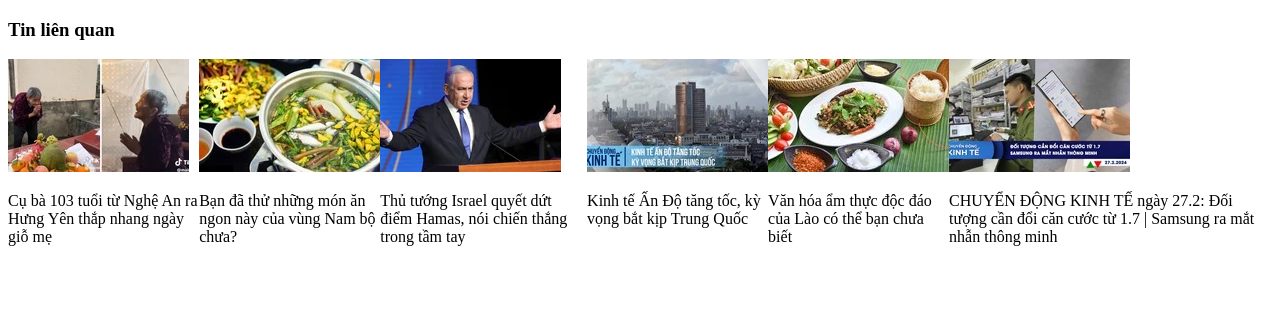
Repository: Tan-Khang21/TH_TKW--Buoi_03
Page: BT_tren_lop/Bai_2/content_right.html
The author's editor kept a copy of each file at every save. The page is drawn from the files as they stood at one save, then again after the next save.
The browser window is 1280 px wide. The pictures show the whole page.

Above is the page before, as saved 2024-02-28 09:11:44.

### BT_tren_lop/Bai_2/content_right.html
<!DOCTYPE html>
<html lang="en">
<head>
    <meta charset="UTF-8">
    <meta name="viewport" content="width=device-width, initial-scale=1.0">
    <title>Document</title>
</head>
<body>
    <h3>Tin liên quan</h3>
    <div style="display: flex;">
        <div>
            <img src="/BT_tren_lop/Bai_2/images/hinh3.webp" alt="">
            <p>Cụ bà 103 tuổi từ Nghệ An ra Hưng Yên thắp nhang ngày giỗ mẹ</p>
        </div>
        <div>
            <img src="/BT_tren_lop/Bai_2/images/hinh4.webp" alt="">
            <p>Bạn đã thử những món ăn ngon này của vùng Nam bộ chưa?</p>
        </div>
        <div>
            <img src="/BT_tren_lop/Bai_2/images/hinh5.webp" alt="">
            <p>Thủ tướng Israel quyết dứt điểm Hamas, nói chiến thắng trong tầm tay</p>
        </div>
        <div>
            <img src="/BT_tren_lop/Bai_2/images/hinh6.webp" alt="">
            <p>Kinh tế Ấn Độ tăng tốc, kỳ vọng bắt kịp Trung Quốc</p>
        </div>
        <div>
            <img src="/BT_tren_lop/Bai_2/images/hinh7.webp" alt="">
            <p>Văn hóa ẩm thực độc đáo của Lào có thể bạn chưa biết</p>
        </div>
        <div>
            <img src="/BT_tren_lop/Bai_2/images/hinh8.webp" alt="">
            <p>CHUYỂN ĐỘNG KINH TẾ ngày 27.2: Đối tượng cần đổi căn cước từ 1.7 | Samsung ra mắt nhẫn thông minh</p>
        </div>
    </div>
</body>
</html>

After the next save:
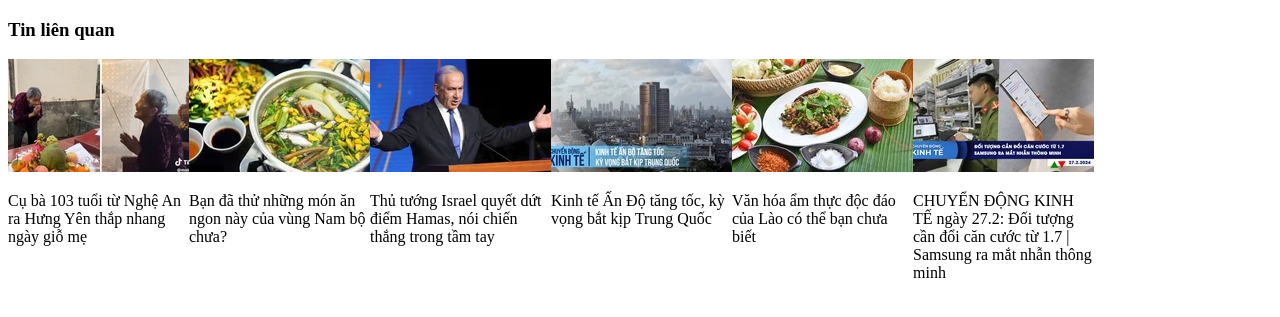
Saved 36 s later.
--- a/BT_tren_lop/Bai_2/content_right.html
+++ b/BT_tren_lop/Bai_2/content_right.html
@@ -7,7 +7,7 @@
 </head>
 <body>
     <h3>Tin liên quan</h3>
-    <div style="display: flex;">
+    <div style="display: flex; width: 400px;">
         <div>
             <img src="/BT_tren_lop/Bai_2/images/hinh3.webp" alt="">
             <p>Cụ bà 103 tuổi từ Nghệ An ra Hưng Yên thắp nhang ngày giỗ mẹ</p>
